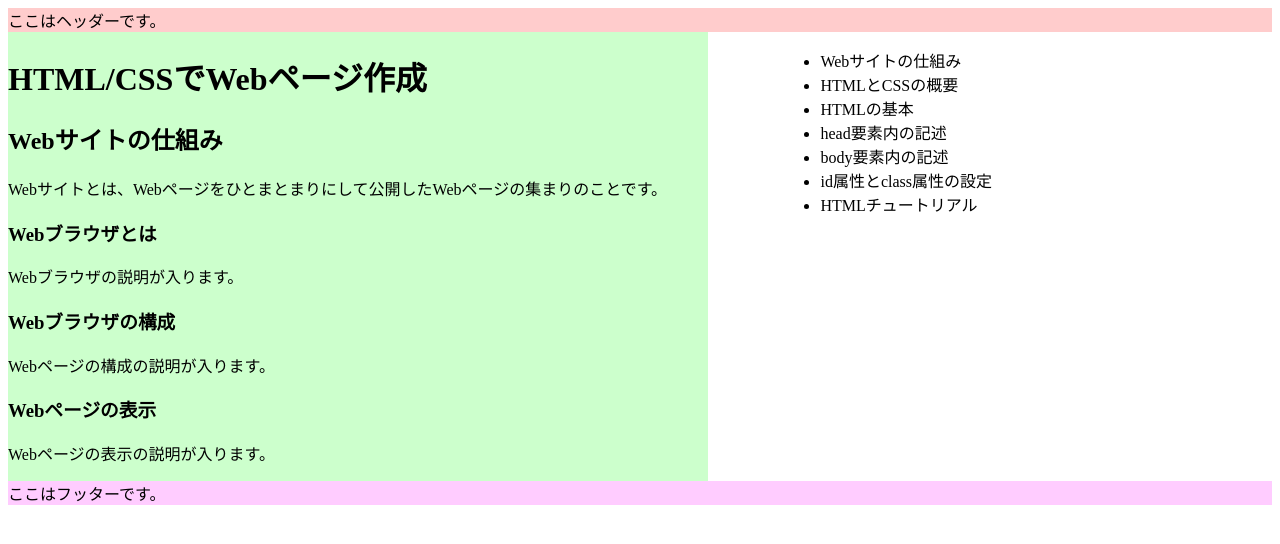
Repository: kazumasatomoto/kadai-tasklist-
Page: kadai-html.html
The author's editor kept a record of every edit. The page is drawn from the files as they stood at one moment, then again after the next edit.
The browser window is 1280 px wide. The pictures show the whole page.

Above is the page before.

### kadai-html.html
<!DOCTYPE html>
<html lang="ja">
    <head>
        <meta charset="utf-8">
        <title>HTML/CSSでWeb</title>
        <link rel="stylesheet" href="kadai-css.css">
    </head>
    <body>
        <header>ここはヘッダーです。
        </header>
        <div id="wrapper">
            <div id="main">
                    <h1>HTML/CSSでWebページ作成</h1>
                        <h2>Webサイトの仕組み</h2>
                            <p>
                               Webサイトとは、Webページをひとまとまりにして公開したWebページの集まりのことです。
                            </p>
                        <h3>Webブラウザとは</h3>
                         <p>Webブラウザの説明が入ります。
                         </p>
                        <h3>Webブラウザの構成</h3>
                         <p>Webページの構成の説明が入ります。
                         </p>
                        <h3>Webページの表示</h3>
                         <p>Webページの表示の説明が入ります。
                         </p>
           </div>
            <nav id="menu">
                <ul>
                    <li>Webサイトの仕組み</li>
                    <li>HTMLとCSSの概要</li>
                    <li>HTMLの基本</li>
                    <li>head要素内の記述</li>
                    <li>body要素内の記述</li>
                    <li>id属性とclass属性の設定</li>
                    <li>HTMLチュートリアル</li>
                </ul>
            </nav>
        </div>
        <footer>ここはフッターです。
        </footer>
    </body>
</html>

### kadai-css.css
@charset "UTF-8";
header {
    background-color: #ffcccc;
}
#wrapper {
    width: 984px;
    display: flex;
    justify-content: space-between;
}
#main {
    width: 700px;
    background-color: #ccffcc;
}
menu {
    width: 300px;
    background-color: #ccccff;
}
footer {
    background-color: #ffccff;
}

After the next edit:
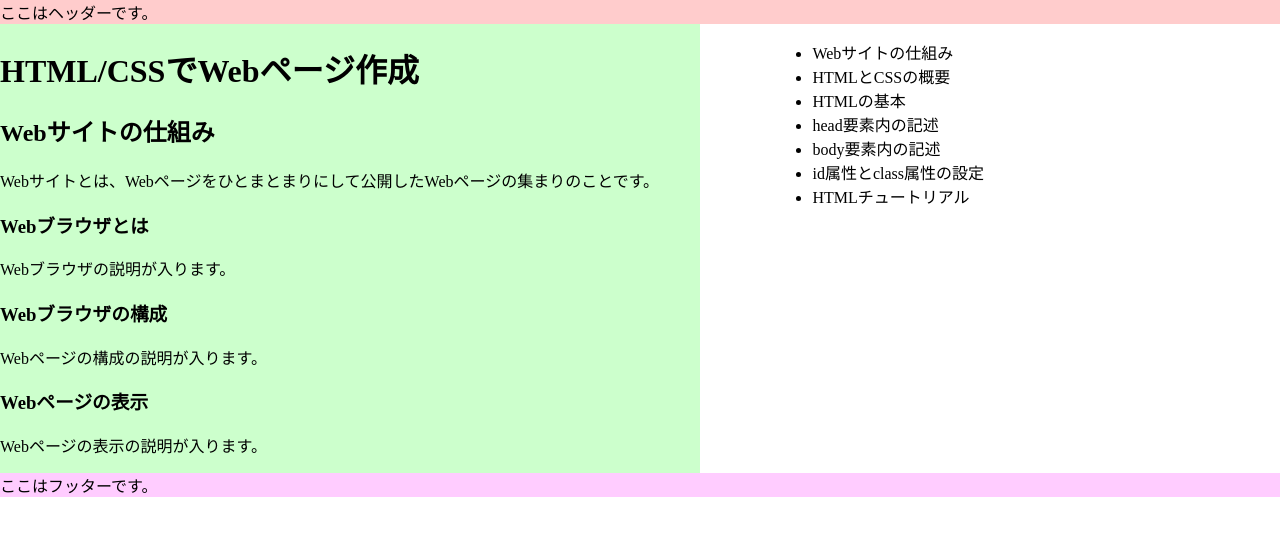
The edit:
--- a/kadai-css.css
+++ b/kadai-css.css
@@ -1,4 +1,8 @@
 @charset "UTF-8";
+body {
+    margin: 0;
+    padding: 0;
+}
 header {
     background-color: #ffcccc;
 }
